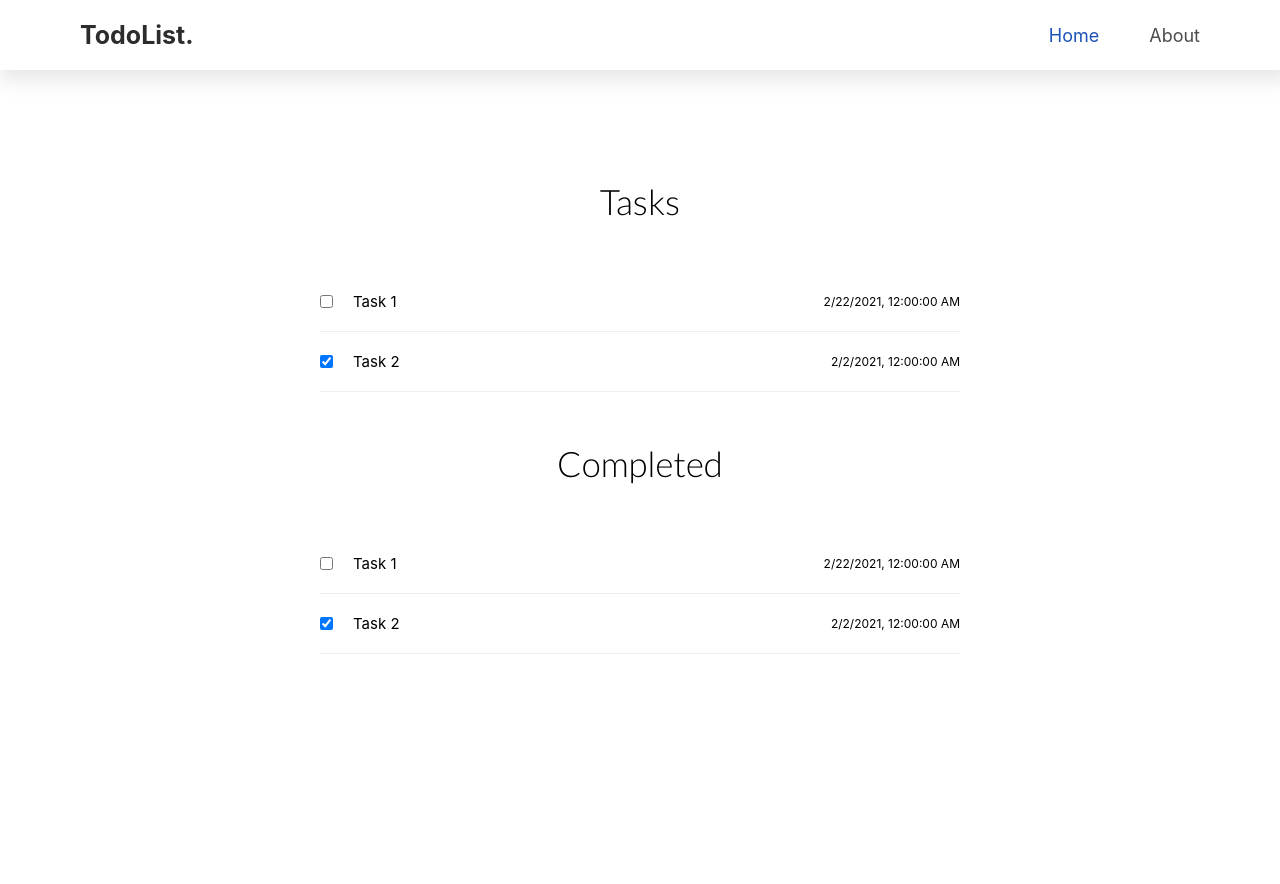
Repository: dqhuy153/react-todoList
Page: /
The author's editor kept a copy of each file at every save. The page is drawn from the files as they stood at one save, then again after the next save.
The browser window is 1280 px wide. The pictures show the whole page.
The project was rebuilt for these pictures with package versions that can differ from the ones it lists, and the page was loaded fresh each time. Also part of the build but not shown: src/components/UI/LoadingSpinner.module.scss.

Above is the page before, as saved 2021-09-16 20:54:58.

After the next save:
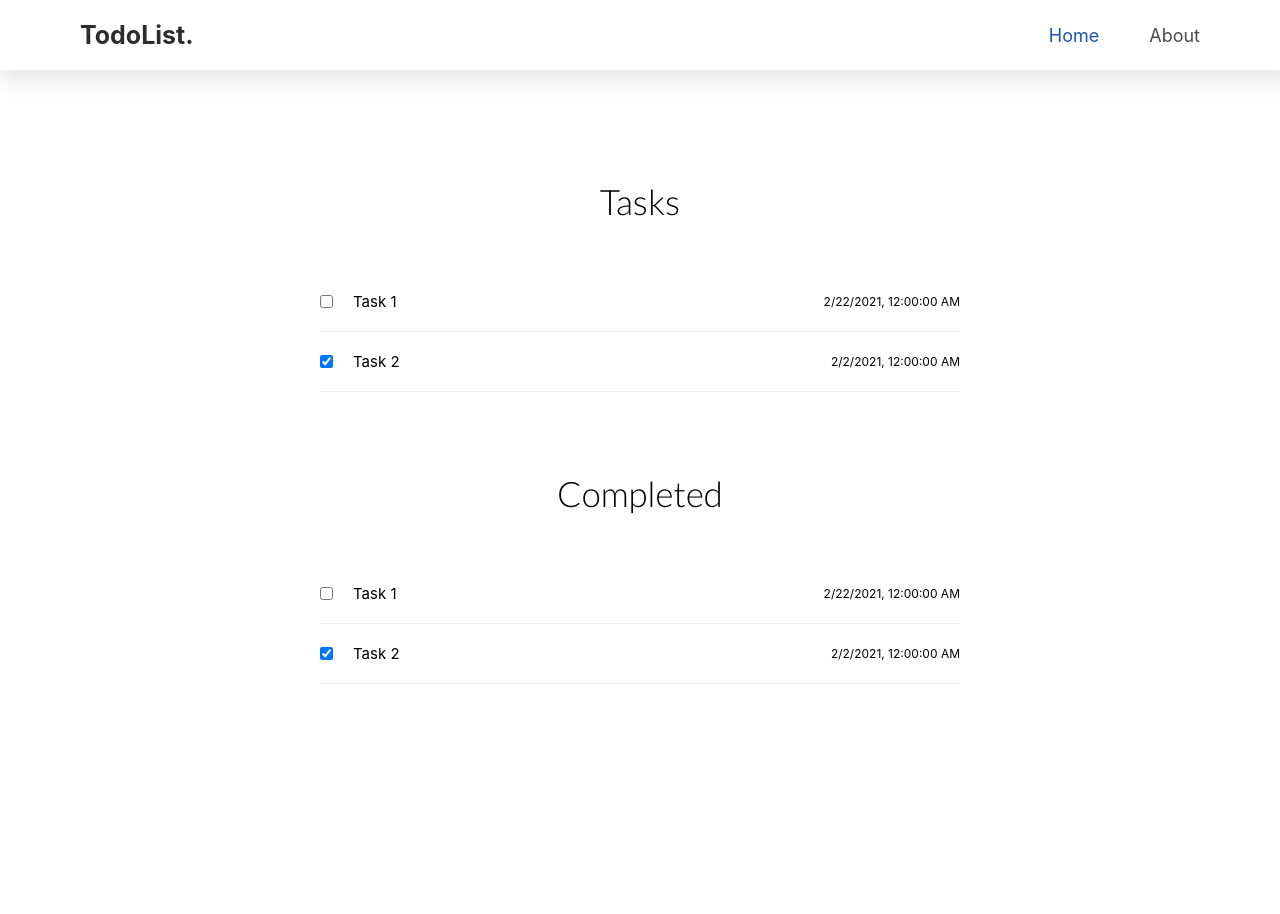
Saved 32 s later.
--- a/src/components/pages/Home.module.scss
+++ b/src/components/pages/Home.module.scss
@@ -9,6 +9,6 @@
   }
 
   .completed-title {
-    margin-top: 5rem;
+    margin-top: 8rem;
   }
 }
